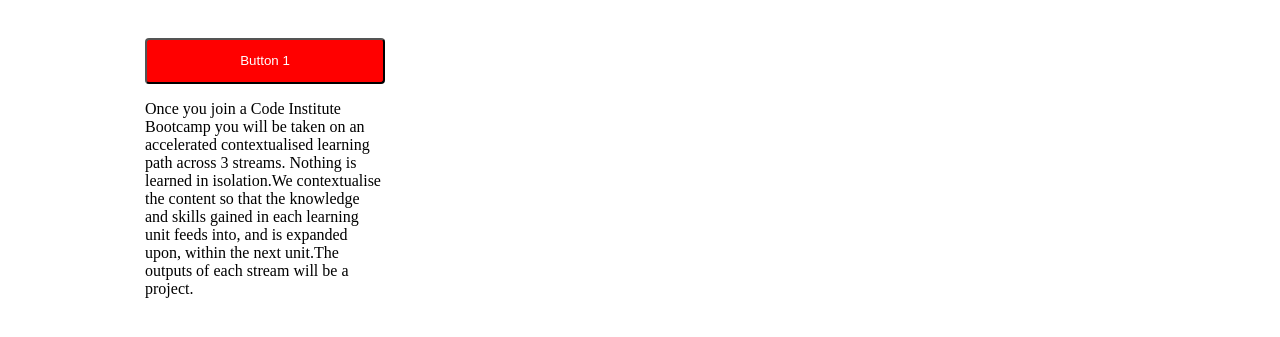
Repository: oliviatatum/method-chaining
Page: method-chaining.html
The author's editor kept a record of every edit. The page is drawn from the files as they stood at one moment, then again after the next edit.
The browser window is 1280 px wide. The pictures show the whole page.
After loading, the first visible `#button1` was clicked once.
Some web libraries are served in a nearby version.

Above is the page before.

### method-chaining.html
<!doctype html>
<html lang="en">
<head>
	<meta charset="utf-8" />
	<meta name="viewport" content="width=device-width, initial-scale=1">
	<title>jQuery</title>
	<link href="css/style.css" rel="stylesheet">
	<link href='https://fonts.googleapis.com/css?family=Roboto' rel='stylesheet' type='text/css'>
	<link href='https://fonts.googleapis.com/css?family=Dosis' rel='stylesheet' type='text/css'>
</head>
<body>
	<div id="container">
		<div class='card'>
			<button id='button1'  class="bottom_button makeRed">Button 1</button>
			<p id='para1' class="card_para">Once you join a Code Institute Bootcamp you will be taken on an accelerated contextualised learning path across 3 streams. Nothing is learned in isolation.We contextualise the content so that the knowledge and skills gained in each learning unit feeds into, and is expanded upon, within the next unit.The outputs of each stream will be a project. </p>
		</div>
	</div>
	<!-- Scripts located at the bottom of the body to insure page is fully loaded before execution -->
	<script src="https://code.jquery.com/jquery-3.2.1.js" integrity="sha256-DZAnKJ/6XZ9si04Hgrsxu/8s717jcIzLy3oi35EouyE=" crossorigin="anonymous"></script>
	<script src="js/script.js"></script> <!-- Scripts located at the bottom of the body to insure page is fully loaded before execution -->

</body>
</html>

### css/style.css

#container
{
	display: flex;		/* makes container a flexbox*/
	flex-flow: row wrap; 	/* layout the boxes in rows and wrap them*/
	box-sizing:border-box;
	margin-right:auto;
	margin-left:auto;
	max-width:1050px;
}
.bottom_button{
	display: flex;
	box-sizing:border-box;
	border-radius: 4px;
	display: block;
	width: 100%;
	background-color:rgba(129, 187, 201,.85);
	text-align: center;
	padding: 1em .75em;
	text-decoration: none;
	color: #fff;

}

.card_bottom{
	display: flex;
	flex-flow:column;
}

.card{
	flex:1; /* */
	display: flex;	/* make the contents controllable by flexbox*/
	flex-flow:column;	/* */
	max-width: 240px; /**/
	margin: 10px;
	padding: 20px;
	background-color: #fff;
}


/*************************
Navigation
**************************/


.underline{
  text-decoration:underline;
}
.border{
  border: solid 5px #ccc;
}
.makeRed {
    background-color: red;
}

.makeBorder {
    border: 10px;
    border-color: #000;
}

### js/script.js
$(document).ready(function() {


    $("button").mouseenter(function(){
		$(this).removeClass("makeRed").addClass("makeBorder");
	});

	$("button").mouseleave(function(){
		$("button").removeClass("makeBorder").addClass("makeRed");
	});
    $("button").on("click", function(){
        $("p").slideIn,
    function(){
        $
    }
    })
});

After the next edit:
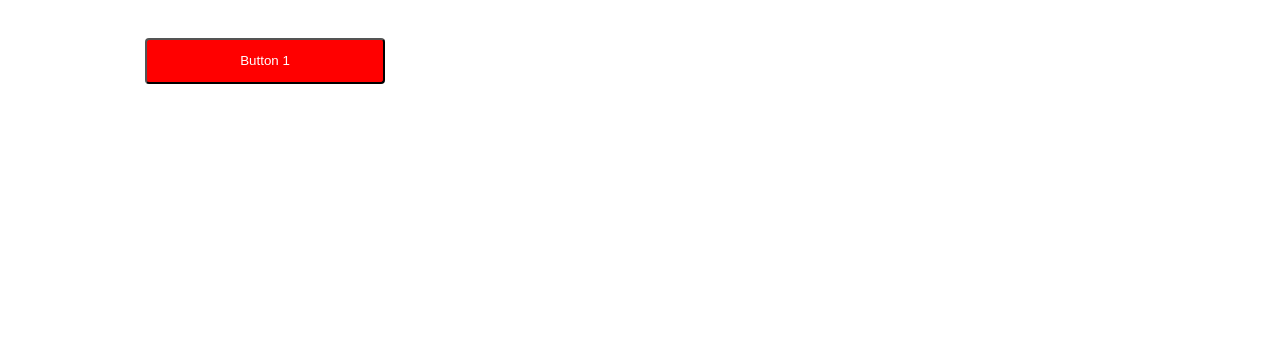
The edit:
--- a/js/script.js
+++ b/js/script.js
@@ -9,7 +9,7 @@
 		$("button").removeClass("makeBorder").addClass("makeRed");
 	});
     $("button").on("click", function(){
-        $("p").slideIn,
+        $("#para1").slideUp("fast"),
     function(){
         $
     }

After the 2 edits that followed:
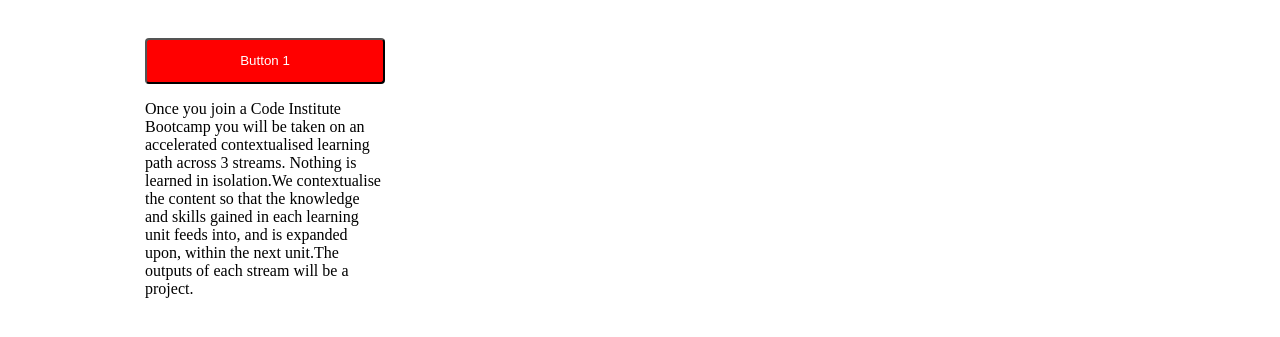
The 2 edits are shown as one change because 1 left the picture as it was.
The edit:
--- a/js/script.js
+++ b/js/script.js
@@ -9,9 +9,6 @@
 		$("button").removeClass("makeBorder").addClass("makeRed");
 	});
     $("button").on("click", function(){
-        $("#para1").slideUp("fast"),
-    function(){
-        $
-    }
-    })
+        $("#para1").slideUp("fast").slideDown("fast");
+    });
 });
